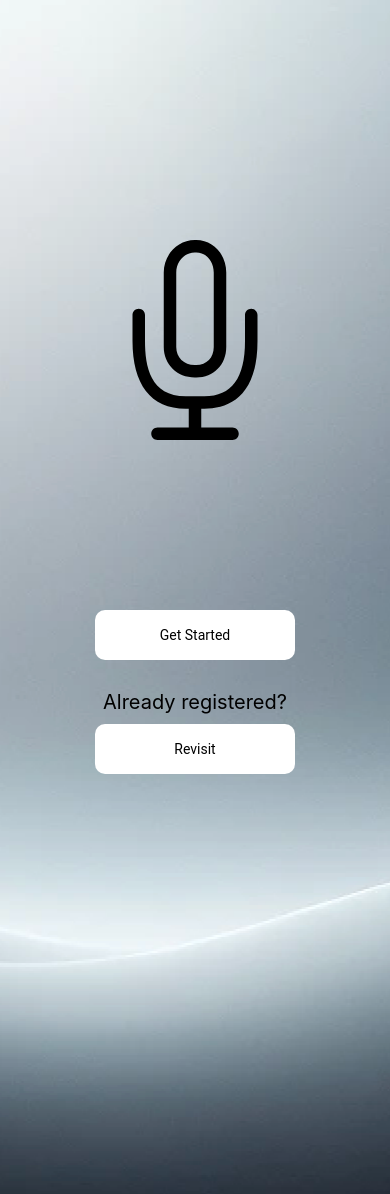
Repository: mortiestmorty1/recordings-app
Screen: / (app in frontend/)
These files come from the project's save history. The screen is drawn as it stood at one moment and after the next save; the edit follows.
The app was drawn by React Native's web renderer in a window 390 px wide. The project was rebuilt for these pictures with package versions that can differ from the ones it lists, and the page was loaded fresh each time. Also part of the build but not shown: frontend/components/registerUser.js.

Above is the screen before, as saved 2024-03-08 01:04:13.

After the next save:
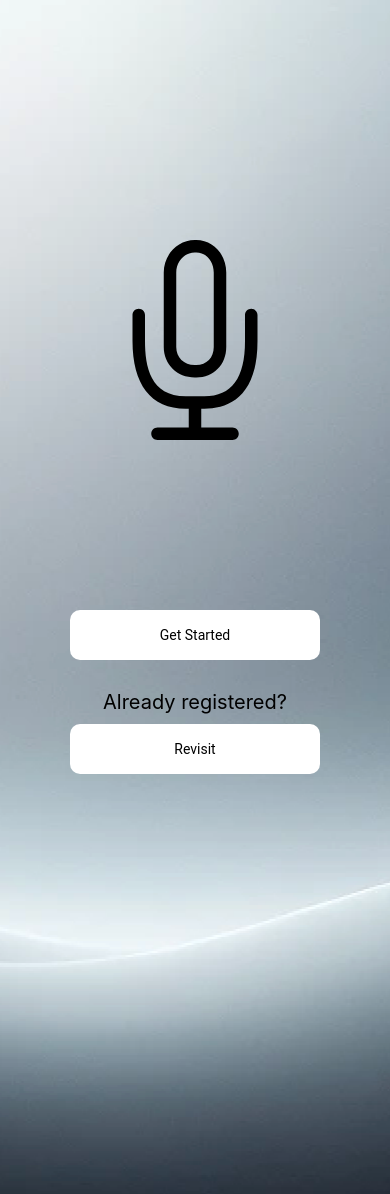
Saved 36 min 48 s later.
--- a/frontend/components/firstscreen.js
+++ b/frontend/components/firstscreen.js
@@ -55,7 +55,7 @@ const styles = StyleSheet.create({
     top: 180,
   },
   btn1: {
-    width: 200,
+    width: 250,
     height: 50,
     backgroundColor: 'white',
     borderRadius: 10,
